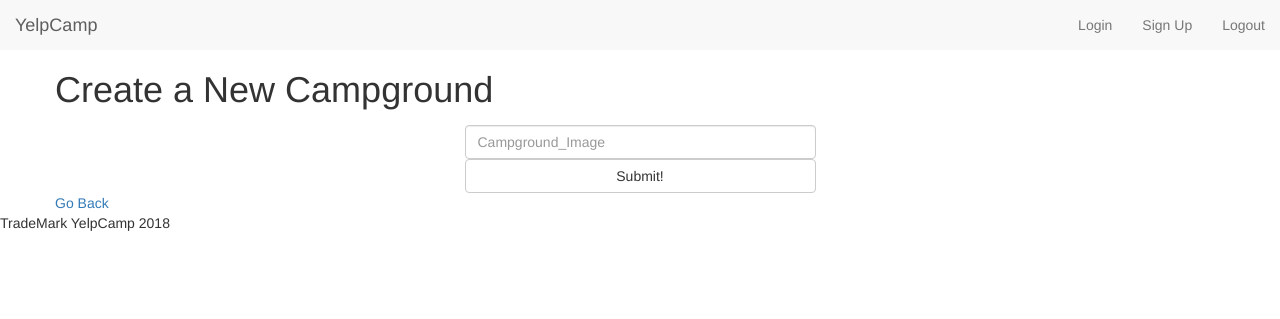
Repository: Kushagrakmr/c9backup
Page: http://localhost/campgrounds/new
The author's editor kept a record of every edit. The page is drawn from the files as they stood at one moment, then again after the next edit.
The browser window is 1280 px wide. The pictures show the whole page.
The page is served by the project's Node server (YelpCamp/v1/app.js).

Above is the page before.

After the next edit:
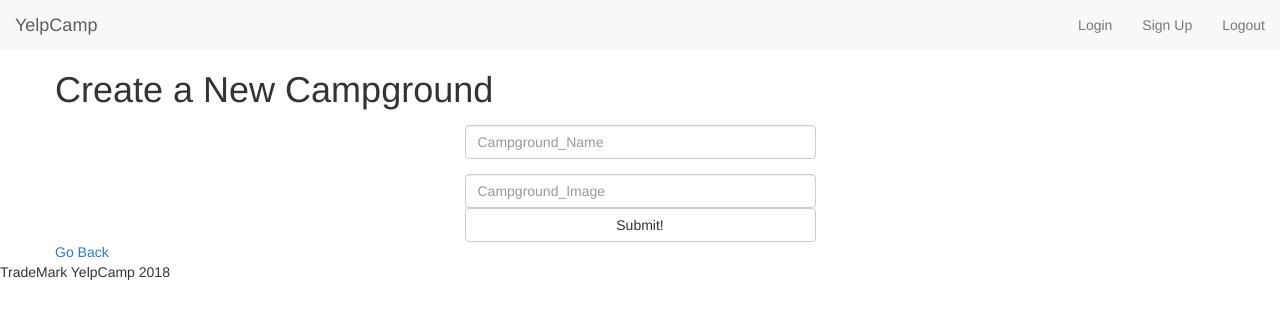
The edit:
--- a/YelpCamp/v1/views/new.ejs
+++ b/YelpCamp/v1/views/new.ejs
@@ -9,7 +9,7 @@
 
      </div>
      <div class="form-group">
-
+       <input class = "form-control" type = "text" name="name" placeholder = "Campground_Name">
      </div>
      <div class="form-group">
 
